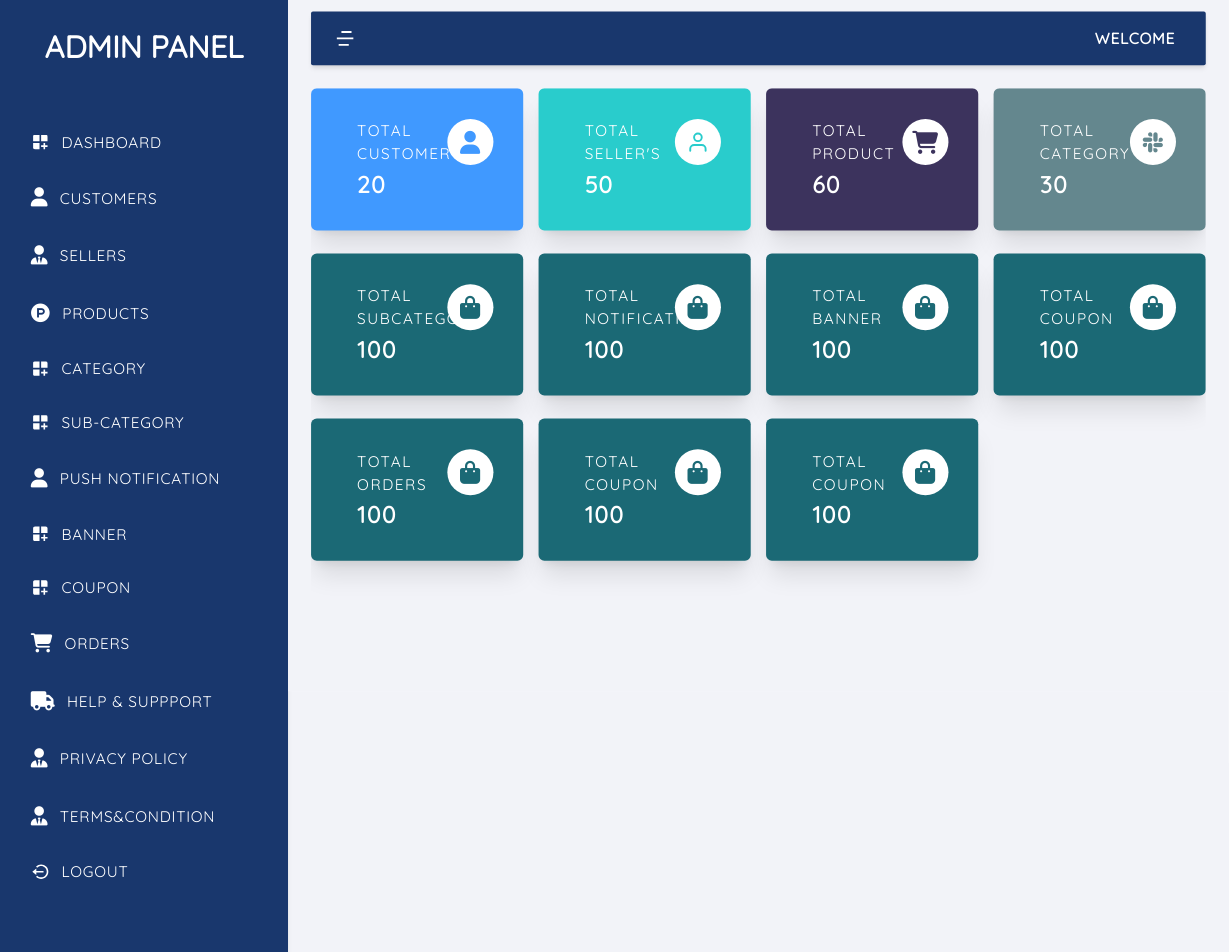
Repository: shishpal2000/admin.aschpro
Page: /dashboard
An editor plug-in stored every save of this project. The page is shown before and after the next save, followed by the edit.
The browser window is 1280 px wide. The pictures show the whole page, at 96% of full size.
Some web libraries are served in a nearby version. The project was rebuilt for these pictures with package versions that can differ from the ones it lists, and the page was loaded fresh each time. Also part of the build but not shown: src/E-CommerceAdmin/forms/Login.jsx, src/E-CommerceAdmin/pages/ECategory.js, src/E-CommerceAdmin/pages/EProduct.js, src/E-CommerceAdmin/pages/EVendorList.js, src/E-CommerceAdmin/pages/EAdminOrders.js, src/E-CommerceAdmin/pages/EAdminDelivery.js, src/E-CommerceAdmin/pages/EAdminCustomer.js, src/E-CommerceAdmin/pages/ESubCategory.js and 6 more. Imported but missing from the stored project, and not drawn on this page: src/E-CommerceAdmin/pages/Complaints, src/E-CommerceAdmin/pages/Component/SpinnerComp, src/E-CommerceAdmin/pages/EAdmin, src/E-CommerceAdmin/pages/EAdminProduct, src/E-CommerceAdmin/pages/ESingleProduct, src/E-CommerceAdmin/pages/GetMeThis, src/E-CommerceAdmin/pages/HelpSupport.

Above is the page before, as saved 2023-06-28 18:02:34.

After the next save:
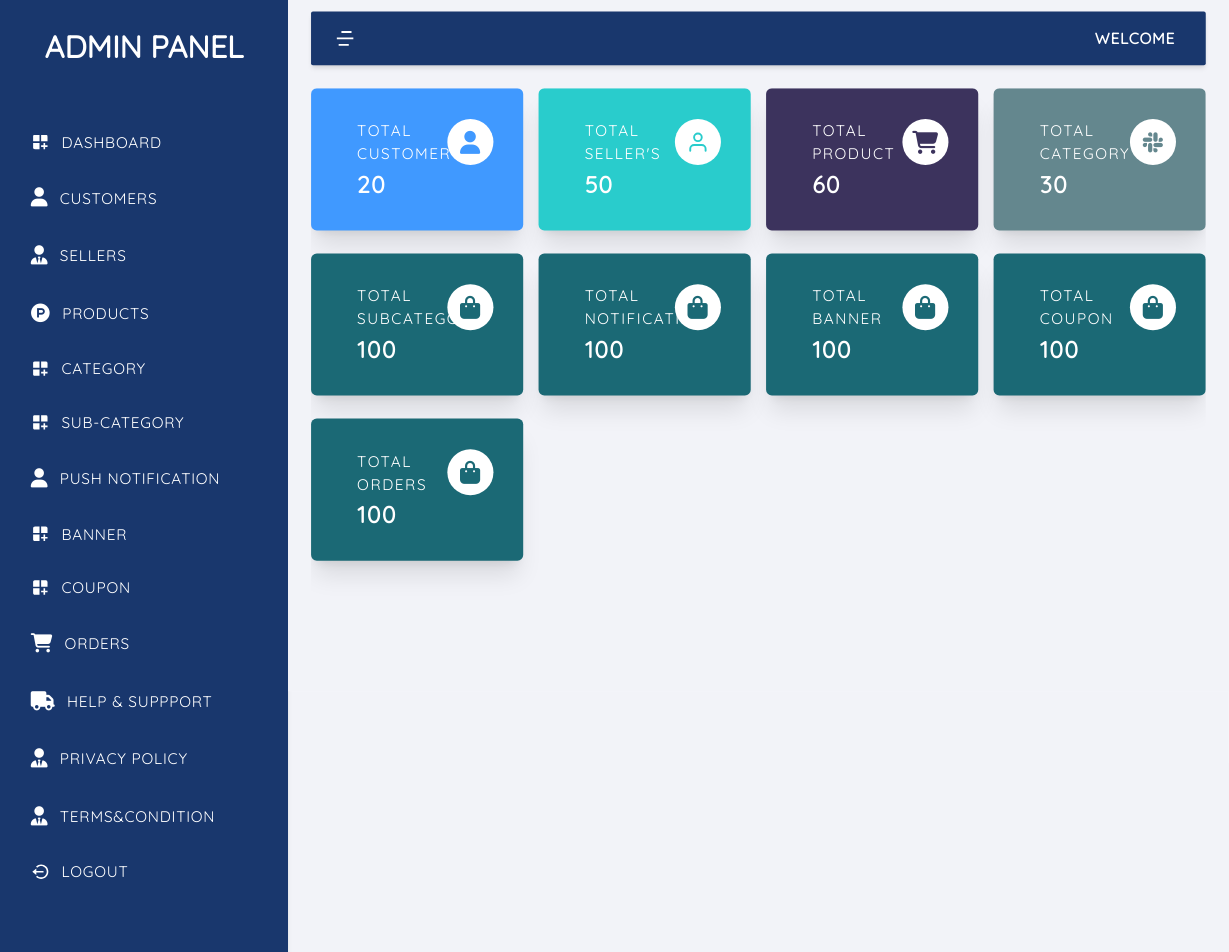
Saved 8 s later.
--- a/src/E-CommerceAdmin/pages/Dashboard.jsx
+++ b/src/E-CommerceAdmin/pages/Dashboard.jsx
@@ -102,27 +102,7 @@ const Dashboard = () => {
       ),
       bg: "#1b6975",
       link: "/Orders",
-    },
-    {
-      progress: "bg-green-400",
-      title: "total Coupon",
-      number: 100,
-      icon: (
-        <i className=" fa-solid fa-bag-shopping text-2xl text-[#1b6975]"></i>
-      ),
-      bg: "#1b6975",
-      link: "/Orders",
-    },
-    {
-      progress: "bg-green-400",
-      title: "total Coupon",
-      number: 100,
-      icon: (
-        <i className=" fa-solid fa-bag-shopping text-2xl text-[#1b6975]"></i>
-      ),
-      bg: "#1b6975",
-      link: "/Orders",
-    },
+    }
   ];
   return (
     <>
